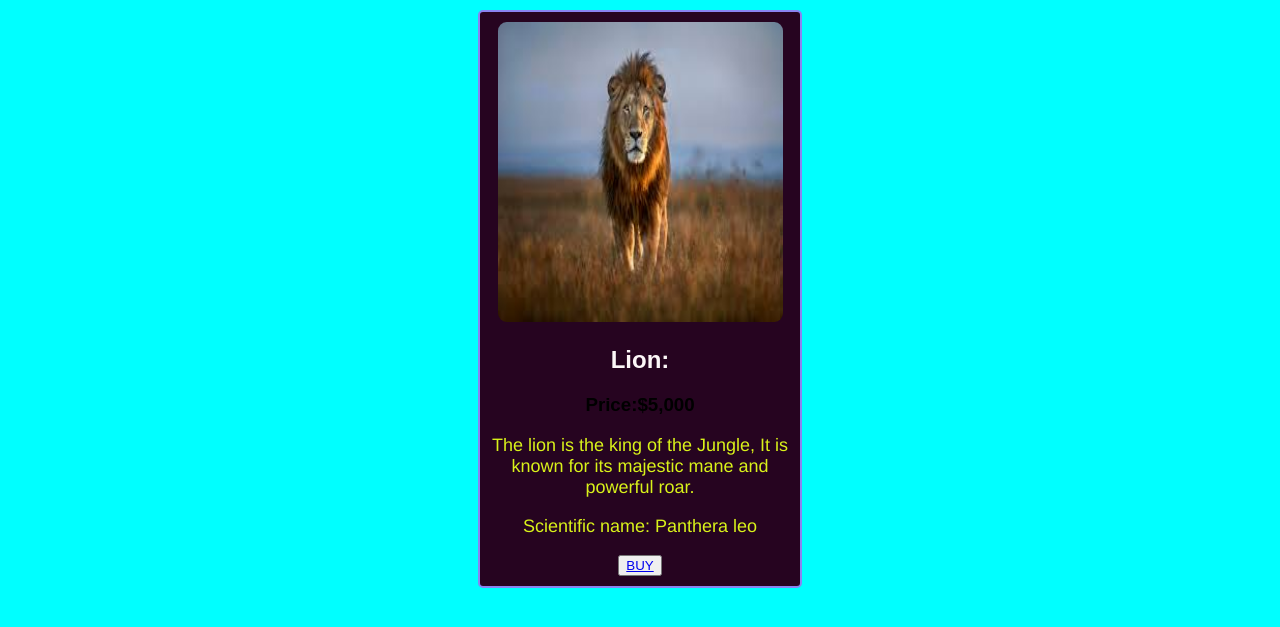
Repository: KingBoyMaylow/Animal-trading-card
Page: index.html
An editor plug-in stored every save of this project. The page is shown before and after a run of saves, followed by the edit.
The browser window is 1280 px wide. The pictures show the whole page.

Above is the page before, as saved 2024-05-14 13:46:28.

After the next 8 saves:
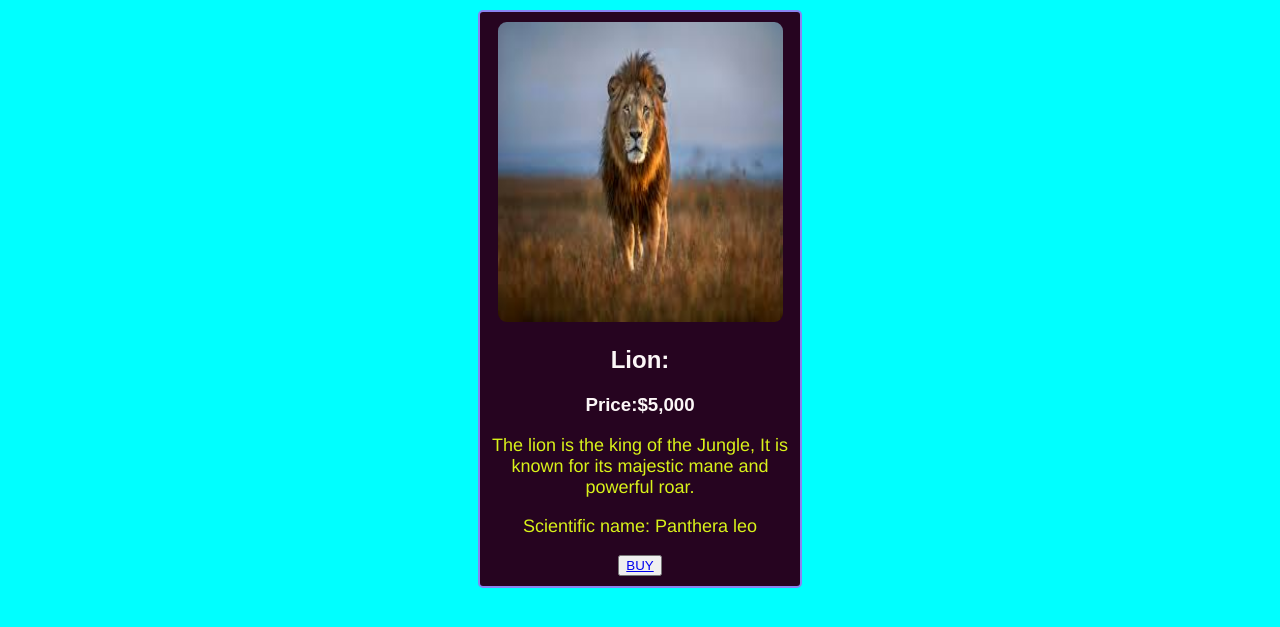
The 8 saves are shown as one change because they came seconds apart.
The last was saved 58 s later.
--- a/index.html
+++ b/index.html
@@ -11,6 +11,9 @@
         font-family: Arial, sans-serif;
         text-align: center;
         background-color: aqua;
+    }
+    h3{
+        color: #fcf7f7;
     }
     .card {
         width: 300px;
